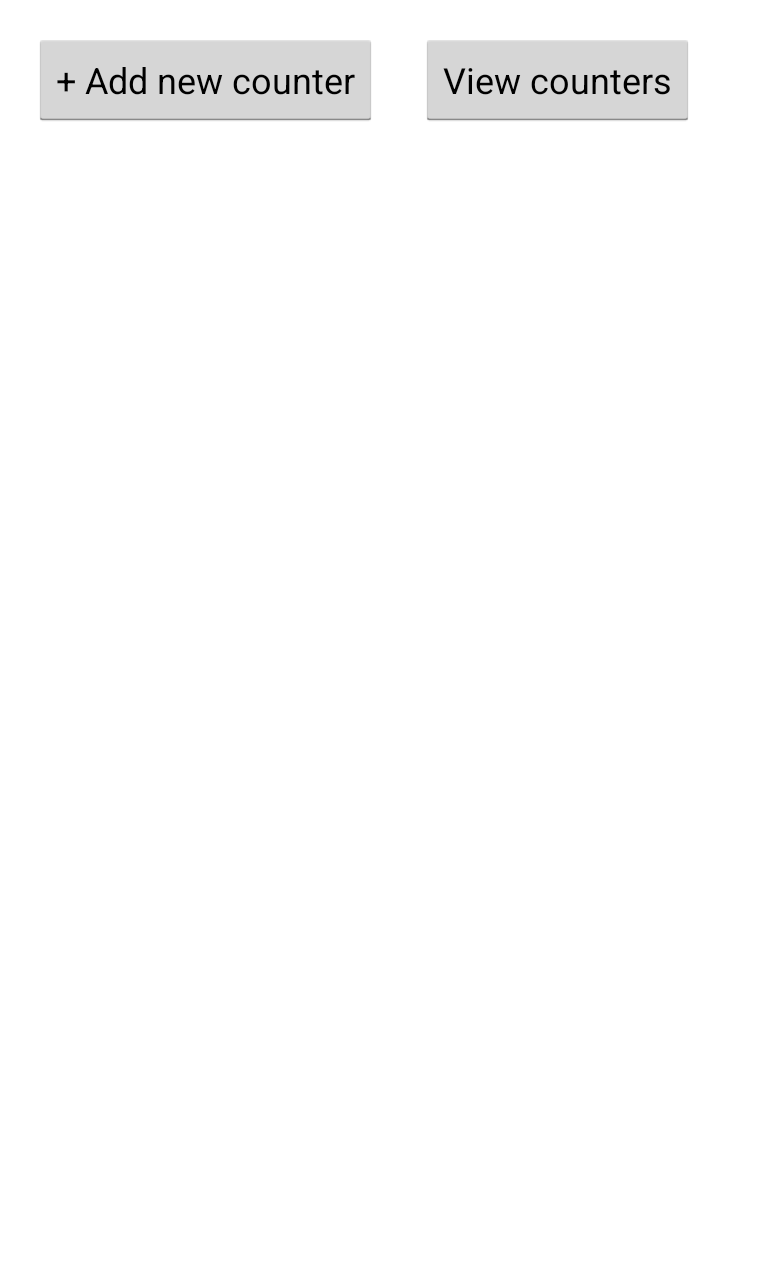
Repository: arweber1/CMPUT301_Assignment1
Layout: Assignment1/res/layout/activity_main.xml
These files come from the project's save history. The layout is drawn as it stood at one moment and after the next save; the edit follows.
It is drawn on a 768 x 1280 px phone screen (xhdpi) without system bars, with theme AppTheme; the app's code is not run.

Above is the layout before, as saved 2014-01-18 01:06:01.

### Assignment1/res/layout/activity_main.xml
<RelativeLayout xmlns:android="http://schemas.android.com/apk/res/android"
    xmlns:tools="http://schemas.android.com/tools"
    android:layout_width="match_parent"
    android:layout_height="match_parent"
    android:paddingBottom="@dimen/activity_vertical_margin"
    android:paddingLeft="@dimen/activity_horizontal_margin"
    android:paddingRight="@dimen/activity_horizontal_margin"
    android:paddingTop="@dimen/activity_vertical_margin"
    tools:context=".MainActivity" >

    <TextView
        android:id="@+id/textView1"
        android:layout_width="wrap_content"
        android:layout_height="wrap_content" />

    <Button
        android:id="@+id/button1"
        android:layout_width="wrap_content"
        android:layout_height="wrap_content"
        android:layout_alignParentLeft="true"
        android:layout_alignParentTop="true"
        android:text="@string/add_counter" />

    <Button
        android:id="@+id/button2"
        android:layout_width="wrap_content"
        android:layout_height="wrap_content"
        android:layout_alignBottom="@+id/button1"
        android:layout_alignParentRight="false"
        android:layout_marginLeft="20dp"
        android:layout_toRightOf="@+id/button1"
        android:text="@string/view_counters" />

</RelativeLayout>

### Assignment1/res/values/strings.xml
<?xml version="1.0" encoding="utf-8"?>
<resources>

    <string name="app_name">arweber-notes</string>
    <string name="action_settings">Settings</string>
    <string name="hello_world">Hello world!</string>
	<string name="add_counter">+ Add new counter</string>
	<string name="view_counters">View counters</string>
</resources>

Loaded but not shown: Assignment1/res/values/styles.xml (common file); Assignment1/res/values-v11/styles.xml (common file); Assignment1/res/values-v14/styles.xml (common file); Assignment1/res/values/dimens.xml (common file)

After the next save:
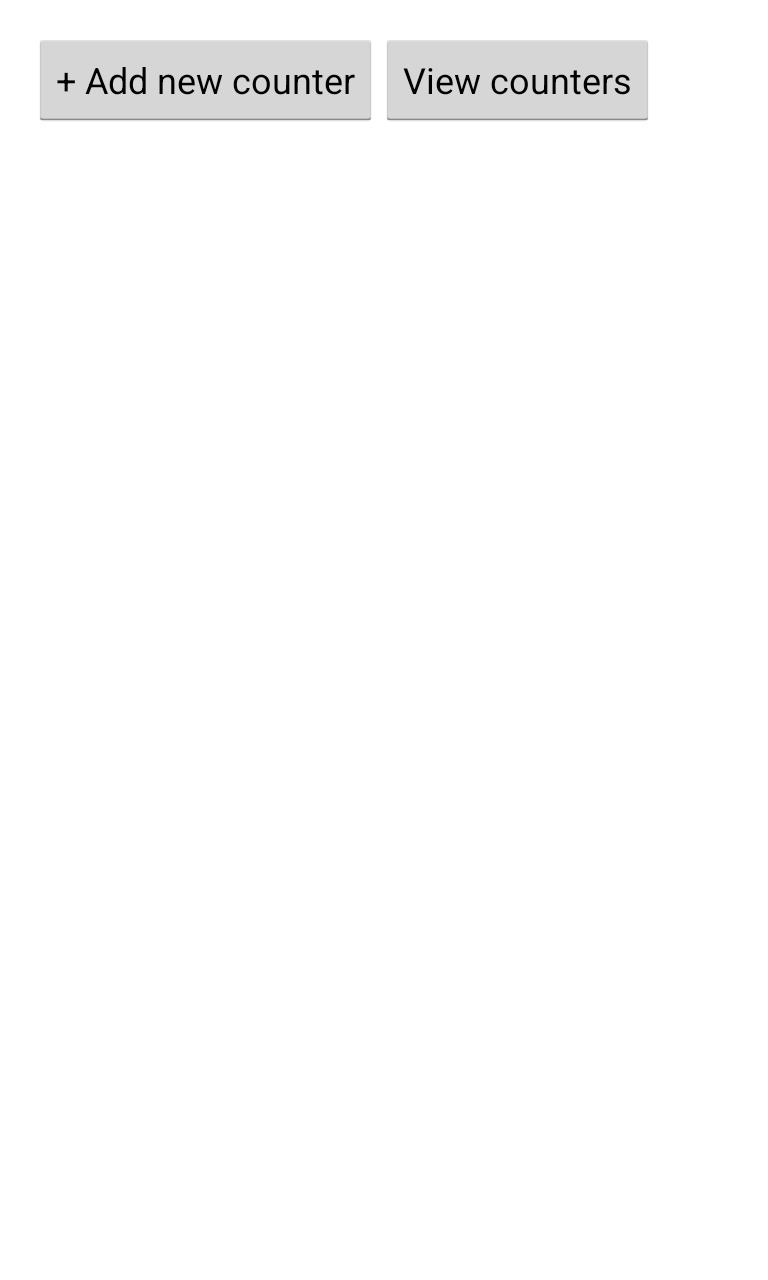
Saved 8 min 18 s later.
--- a/Assignment1/res/layout/activity_main.xml
+++ b/Assignment1/res/layout/activity_main.xml
@@ -25,10 +25,10 @@
         android:id="@+id/button2"
         android:layout_width="wrap_content"
         android:layout_height="wrap_content"
-        android:layout_alignBottom="@+id/button1"
-        android:layout_alignParentRight="false"
-        android:layout_marginLeft="20dp"
+        android:layout_alignTop="@+id/button1"
         android:layout_toRightOf="@+id/button1"
         android:text="@string/view_counters" />
 
+
+
 </RelativeLayout>
